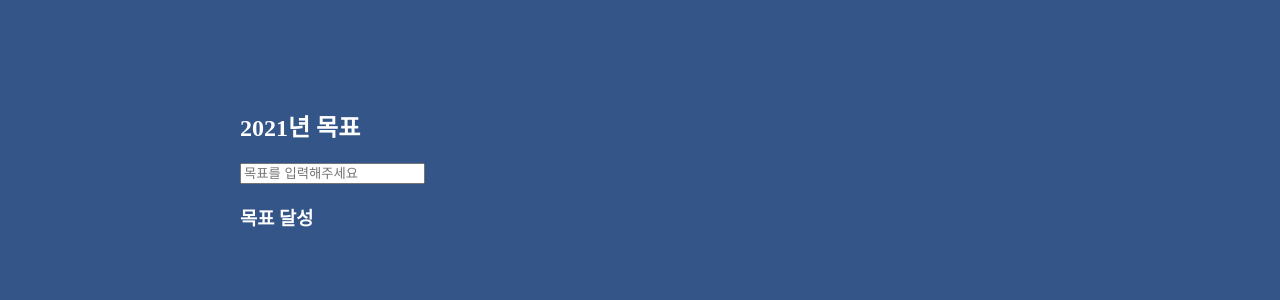
Repository: minsuk1/portfolio
Page: a.html
An editor plug-in stored every save of this project. The page is shown before and after the next save, followed by the edit.
The browser window is 1280 px wide. The pictures show the whole page.
Some web libraries are served in a nearby version.

Above is the page before, as saved 2021-01-02 14:06:06.

After the next save:
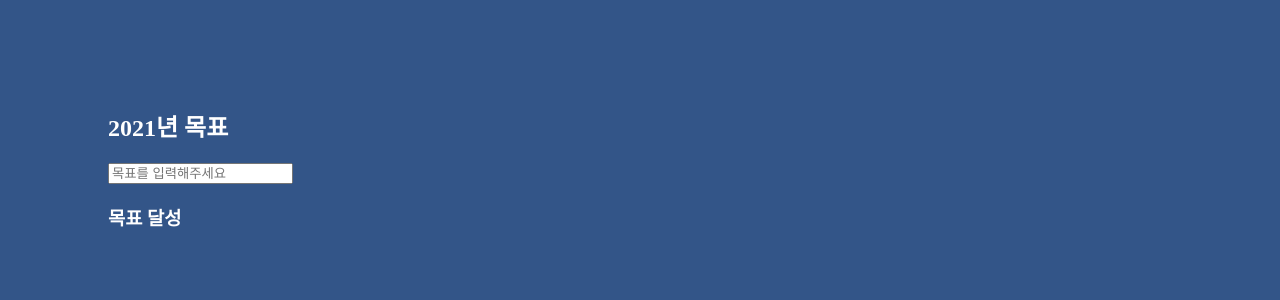
Saved 5 s later.
--- a/a.html
+++ b/a.html
@@ -6,7 +6,7 @@
 
             section {
                 width: 800px;
-                margin: 0px auto;
+
             }
 
             .task {

After the 2 saves that followed:
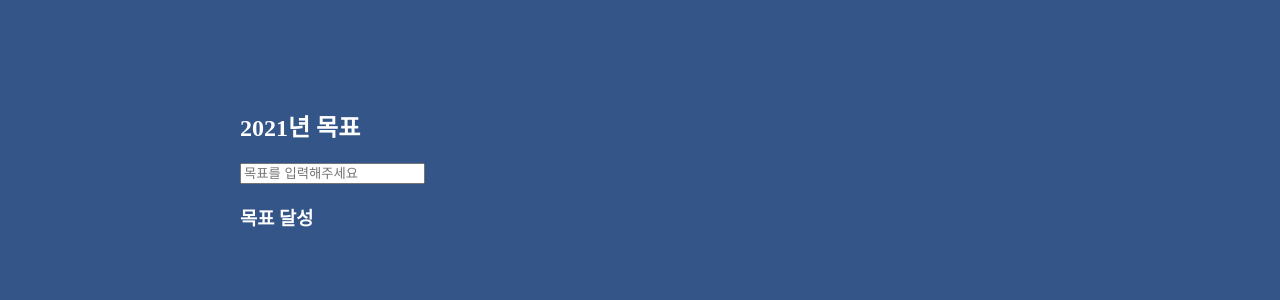
The 2 saves are shown as one change because 1 left the picture as it was.
The last was saved 11 s later.
--- a/a.html
+++ b/a.html
@@ -6,7 +6,7 @@
 
             section {
                 width: 800px;
-
+                margin: 0px auto;
             }
 
             .task {
